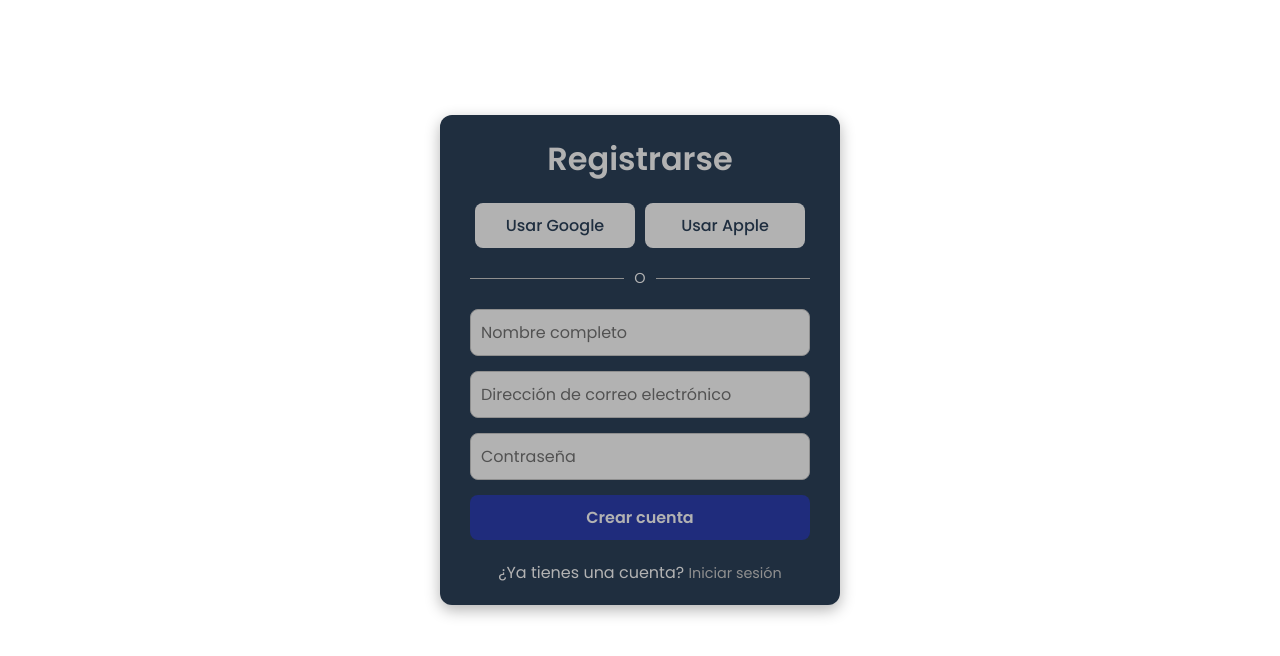
Repository: ct24paolagonzalez/Maquetacion-ABA
Page: Nueva carpeta/signup.html
These files come from the project's save history. The page is drawn as it stood at one moment and after the next save; the edit follows.
The browser window is 1280 px wide. The pictures show the whole page.

Above is the page before, as saved 2025-01-24 15:42:50.

### Nueva carpeta/signup.html
<!DOCTYPE html>
<html lang="en">
<head>
    <meta charset="UTF-8">
    <meta name="viewport" content="width=device-width, initial-scale=1.0">
    <title>Signup/Login Form</title>
    <link href="https://fonts.googleapis.com/css2?family=Poppins:wght@300;400;500;600;700;800&display=swap" rel="stylesheet">
    <style>
        * {
            margin: 0;
            padding: 0;
            box-sizing: border-box;
            font-family: 'Poppins', sans-serif;
        }

        body {
            display: flex;
            justify-content: center;
            align-items: center;
            height: 100vh;
            background-color: white ;
            background-size: cover;
            background-position: center;
            filter: brightness(70%) saturate(120%);
        }

        .container {
            position: relative;
            width: 400px;
            padding: 20px 30px;
            background-color: #2F4156;
            border-radius: 12px;
            box-shadow: 0 5px 15px rgba(0, 0, 0, 0.3);
            color: white;
        }

        .container header {
            font-size: 2rem;
            text-align: center;
            margin-bottom: 20px;
            font-weight: 600;
        }

        .social-buttons {
            display: flex;
            justify-content: space-between;
            margin-bottom: 20px;
        }

        .social-buttons button {
            flex: 1;
            margin: 0 5px;
            padding: 10px;
            border: none;
            border-radius: 8px;
            font-size: 1rem;
            background: white;
            color: #2F4156;
            font-weight: 500;
            cursor: pointer;
        }

        .separator {
            display: flex;
            align-items: center;
            margin: 20px 0;
        }

        .separator .line {
            flex: 1;
            height: 1px;
            background: #ccc;
        }

        .separator p {
            margin: 0 10px;
            color: white;
            font-size: 0.9rem;
        }

        form {
            display: flex;
            flex-direction: column;
        }

        form input {
            margin-bottom: 15px;
            padding: 10px;
            font-size: 1rem;
            border: 1px solid #ccc;
            border-radius: 8px;
            outline: none;
        }

        form .btn {
            padding: 10px;
            font-size: 1rem;
            border: none;
            border-radius: 8px;
            background: #303f9f;
            color: white;
            font-weight: 600;
            cursor: pointer;
            transition: background 0.3s ease;
        }

        form .btn:hover {
            background: #1d2b70;
        }

        .switch {
            text-align: center;
            margin-top: 20px;
        }

        .switch a {
            color: #ccc;
            text-decoration: none;
            font-size: 0.9rem;
        }

        .switch a:hover {
            color: white;
        }
    </style>
</head>
<body>
    <div class="container">
        <header>Registrarse</header>
        <div class="social-buttons">
            <button>Usar Google</button>
            <button>Usar Apple</button>
        </div>
        <div class="separator">
            <div class="line"></div>
            <p>O</p>
            <div class="line"></div>
        </div>
        <form>
            <input type="text" placeholder="Nombre completo">
         <input type="email" placeholder="Dirección de correo electrónico">
            <input type="password" placeholder="Contraseña">
            <button class="btn">Crear cuenta</button>
        </form>
        <div class="switch">
            <p>¿Ya tienes una cuenta? <a href="#">Iniciar sesión</a></p>
        </div>
    </div>
</body>
</html>

After the next save:
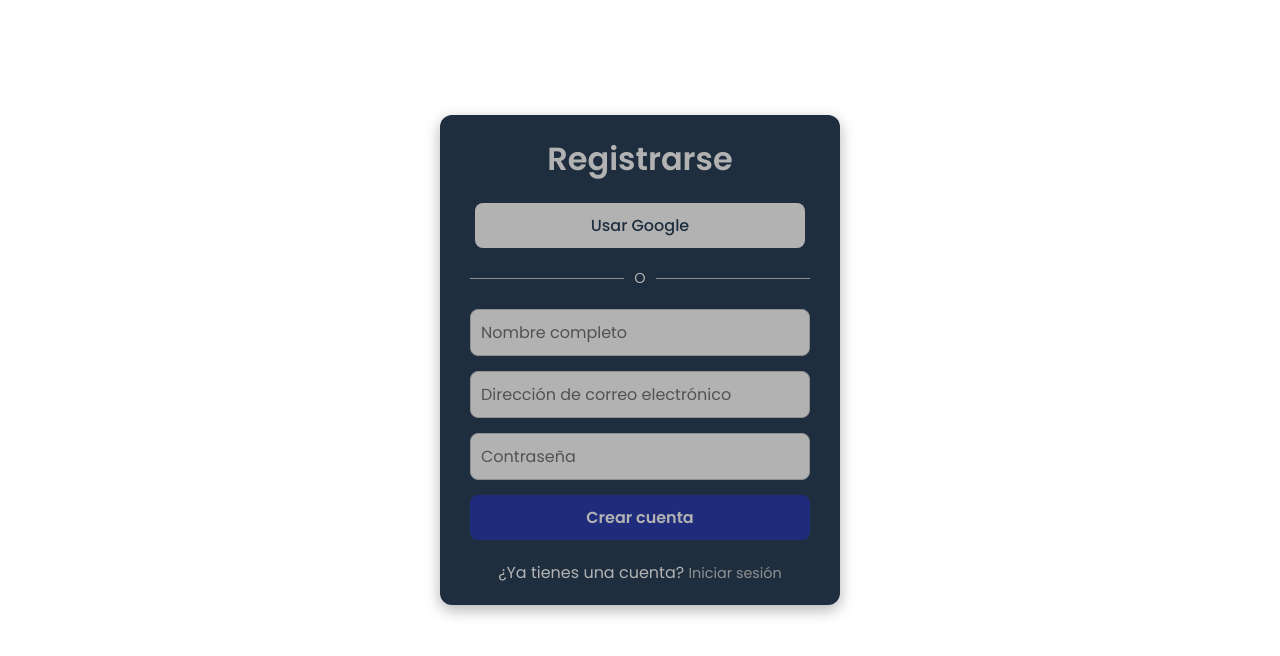
Saved 21 min 7 s later.
--- a/Nueva carpeta/signup.html
+++ b/Nueva carpeta/signup.html
@@ -129,7 +129,6 @@
         <header>Registrarse</header>
         <div class="social-buttons">
             <button>Usar Google</button>
-            <button>Usar Apple</button>
         </div>
         <div class="separator">
             <div class="line"></div>
